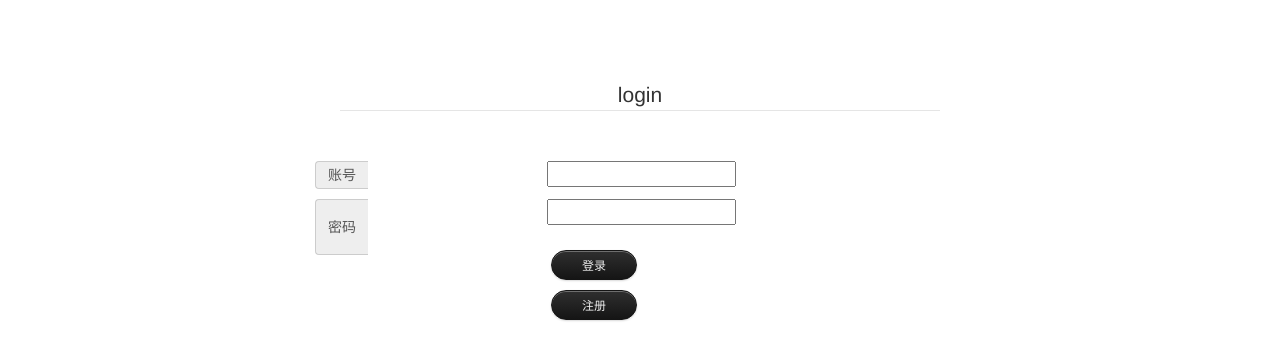
Repository: silzx/learning
Page: http://localhost/MyBatis/
The author's editor kept a copy of each file at every save. The page is drawn from the files as they stood at one save, then again after the next save.
The browser window is 1280 px wide. The pictures show the whole page.
The page is served by Tomcat 9. Other server files are loaded and not shown.

Above is the page before, as saved 2017-11-13 02:25:37.
Console error (its wording comes from the project's code and is left out).

### MyBatis/WebContent/index.jsp
<%@page import="java.net.URLDecoder"%>
<%@ page language="java" import="java.util.*" pageEncoding="UTF-8"%>
<%
String path = request.getContextPath();
String basePath = request.getScheme()+"://"+request.getServerName()+":"+request.getServerPort()+path+"/";
%>

<!DOCTYPE HTML PUBLIC "-//W3C//DTD HTML 4.01 Transitional//EN">
<html>
  <head>
    <base href="<%=basePath%>">
    <link rel="stylesheet" type="text/css" href="bootstrap-3.3.7-dist/css/bootstrap.min.css">
    <link rel="stylesheet" type="text/css" href="buttons/buttons.css">
    <title>My JSP 'index.jsp' starting page</title>
	<meta http-equiv="pragma" content="no-cache">
	<meta http-equiv="cache-control" content="no-cache">
	<meta http-equiv="expires" content="0">
	<meta http-equiv="keywords" content="keyword1,keyword2,keyword3">
	<meta http-equiv="description" content="This is my page">
	<!--
	<link rel="stylesheet" type="text/css" href="styles.css">
	-->
	<style type="text/css">
		button[name='login']{position: fixed;right: 643px;top: 250px}
		button[name='reg']{position: fixed;right: 643px;top: 290px}
		#reset{position: relative;right: 25px}
		#pad{position: relative;right: 25px;}
	</style>
  </head>
  <script type="text/javascript">
  function reset(){
		document.getElementById("error").style.visibility="hidden";
		$("input[name='name']").val("");
		$("input[name='pwd']").val("");
	}
  </script>
   	<%
   		String name="";
   		String pwd="";
   		Cookie[] cs=request.getCookies();
  		if(cs!=null){
  			for(Cookie c:cs){
  					if("nameC".equals(c.getName())){
  	  					name=c.getValue();
  	  					name=URLDecoder.decode(name, "utf-8");
  	  				}
  	  				if("pwdC".equals(c.getName())){
  	  					pwd=c.getValue();
  	  				}
  			}
  		}String errorinfo="";
  		if(session.getAttribute("error")!=null){%>
<!--   			errorinfo=(String)session.getAttribute("error"); -->
			<script type="text/javascript">
				function display(){
					document.getElementById("error").style.visibility="visible";
				}
				window.onload=display;
			</script>
  		<%}
   		%>
  <body>
  <script type="text/javascript" src="jquery1.8/jquery-1.8.0.min.js"></script>
  <script src="bootstrap-3.3.7-dist/js/bootstrap.min.js"></script>
		<center>
		<br><br><br><br>
		<fieldset style="width: 600px"><legend>login</legend>
				<form action="<%=basePath%>UserAction/userLogin.action" method="post">
				<span style="color: red; visibility: hidden;" id="error" >账号或者密码错误</span><p>
				<div id="reset" class="input-group">
					<span class="input-group-addon">账号</span>
					<input type="text" name="u.name" value="<%=name %>">
				</div>
				<p/>
				<div id="pad" class="input-group">
					<span class="input-group-addon">密码</span>
					<input type="password" name="u.pwd"><p><br/>
				</div>
				<button class="button button-raised button-pill button-inverse button-small" name="login" type="submit">登录</button>
				<button class="button button-raised button-pill button-inverse button-small" name="reg" onclick="window.location.href='reg.jsp'">注册</button>
				</form>
		</fieldset>
	</center>
	<%
  		session.removeAttribute("error");
  	%>
  </body>
</html>

Loaded but not shown: MyBatis/WebContent/bootstrap-3.3.7-dist/css/bootstrap.min.css (library); MyBatis/WebContent/jquery1.8/jquery-1.8.0.min.js (library); MyBatis/WebContent/bootstrap-3.3.7-dist/js/bootstrap.min.js (library); MyBatis/WebContent/buttons/buttons.css (1492 lines, source omitted)

After the next save:
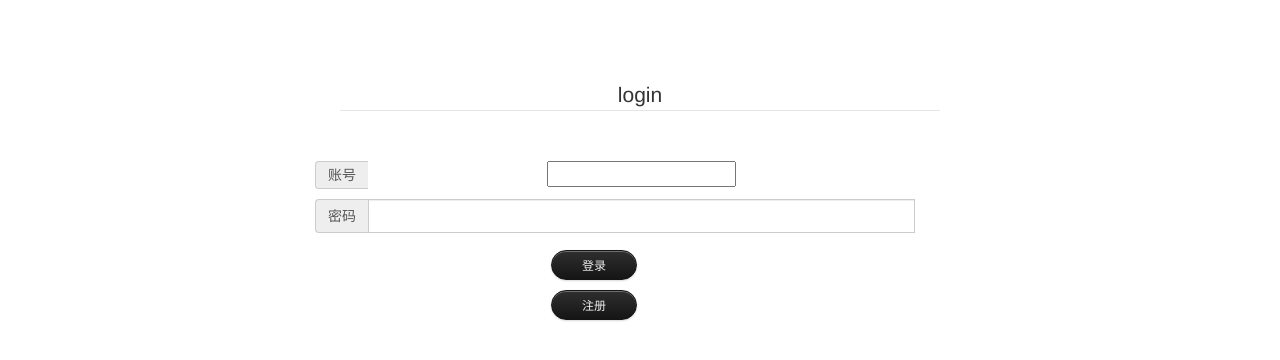
Saved 73 s later.
--- a/MyBatis/WebContent/index.jsp
+++ b/MyBatis/WebContent/index.jsp
@@ -74,7 +74,7 @@ String basePath = request.getScheme()+"://"+request.getServerName()+":"+request.
 				<p/>
 				<div id="pad" class="input-group">
 					<span class="input-group-addon">密码</span>
-					<input type="password" name="u.pwd"><p><br/>
+					<input type="password" name="u.pwd" class="form-control" ><p><br/>
 				</div>
 				<button class="button button-raised button-pill button-inverse button-small" name="login" type="submit">登录</button>
 				<button class="button button-raised button-pill button-inverse button-small" name="reg" onclick="window.location.href='reg.jsp'">注册</button>
